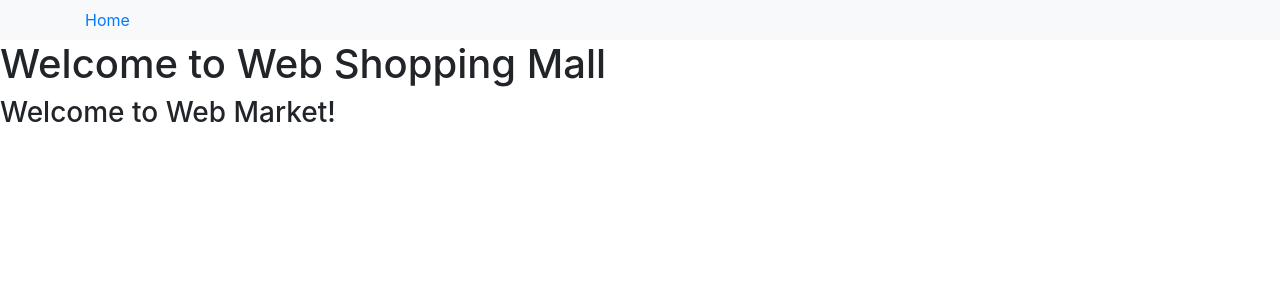
Repository: MegiLove/jspStudy
Page: http://localhost/day1210/welcome.jsp
An editor plug-in stored every save of this project. The page is shown before and after the next save, followed by the edit.
The browser window is 1280 px wide. The pictures show the whole page.
The page is served by Tomcat 9. Other server files are loaded and not shown.

Above is the page before, as saved 2021-12-10 07:33:50.

### day1210/src/main/webapp/welcome.jsp
<%@ page language="java" contentType="text/html; charset=EUC-KR"
    pageEncoding="EUC-KR"%>
<!DOCTYPE html>
<html>
<head>
<meta charset="EUC-KR">
<title>Insert title here</title>
<meta name="viewport" content="width=device-width, initial-scale=1">
  <link rel="stylesheet" href="https://maxcdn.bootstrapcdn.com/bootstrap/4.5.2/css/bootstrap.min.css">
  <script src="https://ajax.googleapis.com/ajax/libs/jquery/3.5.1/jquery.min.js"></script>
  <script src="https://cdnjs.cloudflare.com/ajax/libs/popper.js/1.16.0/umd/popper.min.js"></script>
  <script src="https://maxcdn.bootstrapcdn.com/bootstrap/4.5.2/js/bootstrap.min.js"></script>
</head>
<body>
<nav class="navbar navbar-expand-sm bg-light navbar-light">
	<div class="container">
		<div>
			<a href="./welcome.jsp">Home</a>
		</div>
	</div>
</nav>
<%!
	String greeting="Welcome to Web Shopping Mall";
	String tagline="Welcome to Web Market!";
%>

<h1><%=greeting %></h1>
<h3><%=tagline %></h3>
</body>
</html>

After the next save:
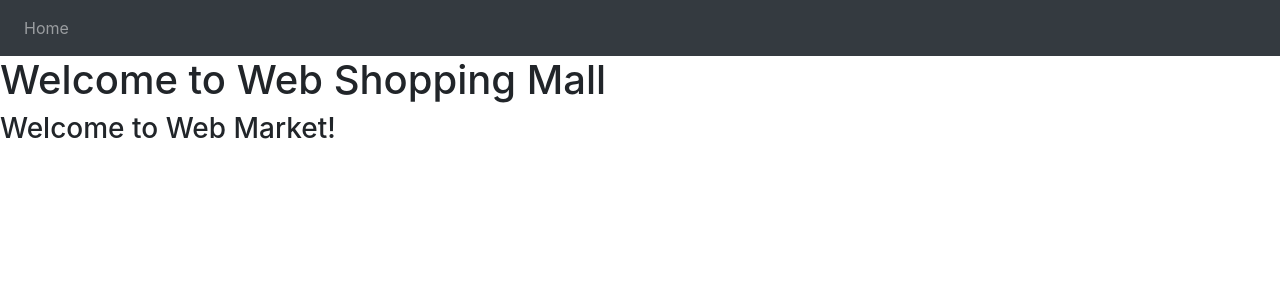
Saved 3 min 26 s later.
--- a/day1210/src/main/webapp/welcome.jsp
+++ b/day1210/src/main/webapp/welcome.jsp
@@ -12,12 +12,12 @@
   <script src="https://maxcdn.bootstrapcdn.com/bootstrap/4.5.2/js/bootstrap.min.js"></script>
 </head>
 <body>
-<nav class="navbar navbar-expand-sm bg-light navbar-light">
-	<div class="container">
-		<div>
-			<a href="./welcome.jsp">Home</a>
-		</div>
-	</div>
+<nav class="navbar navbar-expand-sm bg-dark navbar-dark">
+	<ul class="navbar-nav">
+		<li class="nav-item">
+		<a class="nav-link" href="./welcome.jsp">Home</a>
+		</li>
+	</ul>
 </nav>
 <%!
 	String greeting="Welcome to Web Shopping Mall";
